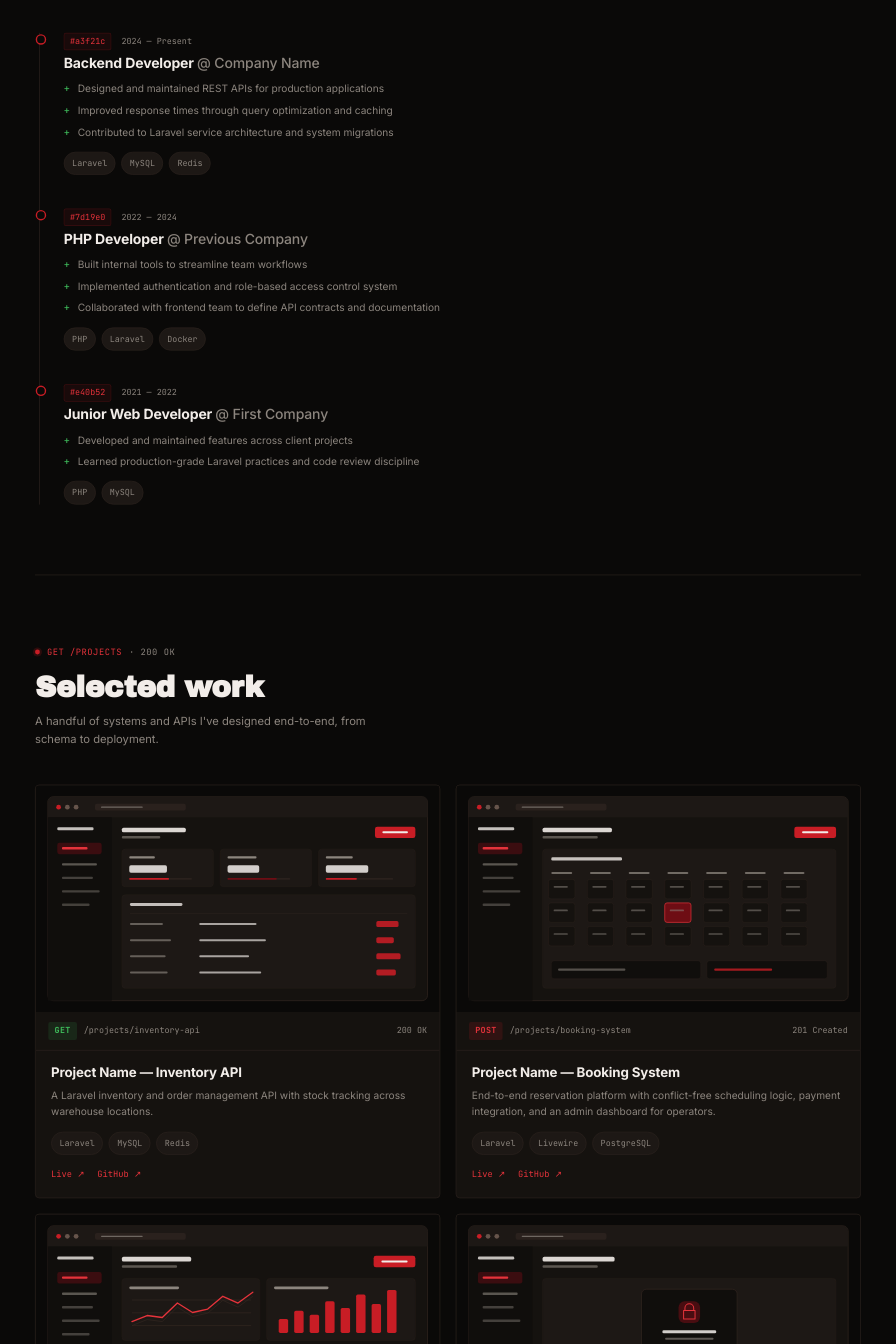
Repository: sayedelshazly/Portfolio.SE
Page: index.html
An editor plug-in stored every save of this project. The page is shown before and after a run of saves, followed by the edit.
The browser window is 1280 px wide. The pictures show the part of the page from y = 2437 to 4357 px (the page is 5736 px tall before and 5265 px after), at 70% of full size.

Above is the page before, as saved 2026-10-13 01:53:29.

### index.html
<!DOCTYPE html>
<html lang="en">

<head>
  <meta charset="UTF-8">
  <meta name="viewport" content="width=device-width, initial-scale=1.0, viewport-fit=cover">
  <meta name="color-scheme" content="dark light">
  <title>Sayed Elshazly — Backend Engineer</title>
  <script>
    (() => {
      const systemPrefersLight = window.matchMedia('(prefers-color-scheme: light)').matches;
      try {
        const savedTheme = localStorage.getItem('portfolio-theme');
        document.documentElement.dataset.theme = savedTheme === 'light' || savedTheme === 'dark' ?
          savedTheme :
          (systemPrefersLight ? 'light' : 'dark');
      } catch {
        document.documentElement.dataset.theme = systemPrefersLight ? 'light' : 'dark';
      }
    })();
    document.documentElement.classList.add('is-loading');
    window.__pageLoadStartedAt = performance.now();
  </script>
  <link rel="preconnect" href="https://fonts.googleapis.com">
  <link rel="preconnect" href="https://fonts.gstatic.com" crossorigin>
  <link
    href="https://fonts.googleapis.com/css2?family=Archivo+Black&family=JetBrains+Mono:wght@400;500;600;700&family=Inter:wght@400;500;600;700;800&display=swap"
    rel="stylesheet">
  <link rel="stylesheet" href="style.css">
</head>

<body>

  <div class="preloader" id="preloader" role="status" aria-live="polite" aria-label="Loading website">
    <div class="loader-content">
      <span class="loader-mark"><span>&lt;</span>SE<span>/&gt;</span></span>
      <span class="loader-spinner" aria-hidden="true"></span>
      <span class="loader-text">Preparing your experience</span>
      <span class="loader-progress" aria-hidden="true"><span></span></span>
    </div>
  </div>

  <header>
    <div class="reading-progress" aria-hidden="true"><span id="readingProgress"></span></div>
    <nav>
      <a class="logo" href="#top" aria-label="Sayed Elshazly, back to top"><span
          class="br">&lt;</span>SayedElshazly<span class="br">/&gt;</span></a>
      <button class="nav-toggle" type="button" aria-expanded="false" aria-controls="site-navigation"
        aria-label="Open navigation">
        <span></span><span></span>
      </button>
      <ul class="nav-links" id="site-navigation">
        <li><a href="#about">about</a></li>
        <li><a href="#skills">skills</a></li>
        <li><a href="#experience">experience</a></li>
        <li><a href="#projects">projects</a></li>
        <li><a href="#contact">contact</a></li>
        <li><a href="./blog.html" target="_self">Blog</a></li>
        <li class="nav-close-item"><button class="nav-close" type="button">Close menu</button></li>
      </ul>
      <div class="status-pill"><span class="dot"></span><span class="label">available for work</span></div>
      <button class="theme-toggle" id="themeToggle" type="button" aria-label="Switch to light mode"
        title="Switch to light mode">
        <svg class="theme-icon-sun" viewBox="0 0 24 24" aria-hidden="true" focusable="false">
          <circle cx="12" cy="12" r="4"></circle>
          <path
            d="M12 2v2m0 16v2M4.93 4.93l1.42 1.42m11.3 11.3 1.42 1.42M2 12h2m16 0h2M4.93 19.07l1.42-1.42m11.3-11.3 1.42-1.42">
          </path>
        </svg>
        <svg class="theme-icon-moon" viewBox="0 0 24 24" aria-hidden="true" focusable="false">
          <path d="M20.2 15.1A8.5 8.5 0 0 1 8.9 3.8 8.6 8.6 0 1 0 20.2 15.1Z"></path>
        </svg>
      </button>
    </nav>
  </header>

  <main>

    <!-- ================= HERO ================= -->
    <section class="hero wrap" id="top">
      <div class="hero-intro">
        <h1>Sayed Abdo Elshazly<span class="accent">.</span></h1>
        <div class="eyebrow">GET /developer <span class="status">· HTTP/1.1 200 OK</span></div>
        <div class="role">Backend Engineer <span class="pipe">/</span> PHP &amp; Laravel Specialist</div>
      </div>

      <div class="hero-support">
        <p class="lede">I design and ship reliable server-side systems — clean APIs, solid database
          architecture, and code that holds up in production. Based in Cairo, working with teams
          anywhere.</p>
        <div class="btn-row">
          <a href="#projects" class="btn btn-primary">View Projects →</a>
          <a href="#contact" class="btn btn-ghost">Let's Talk <span aria-hidden="true">↗</span></a>
        </div>
      </div>

      <div class="term-card">
        <div class="term-bar">
          <span class="tdot"></span><span class="tdot"></span><span class="tdot"></span>
          <!-- <span class="tpath">~/portfolio/profile.jpg</span> -->
        </div>
        <div class="term-photo">
          <img src="./portrait2.jpeg" alt="Portrait of Sayed Elshazly, backend engineer">
          <div class="scan"></div>
          <div class="term-json">
            <span class="k">"role"</span>: <span class="s">"Backend Engineer"</span>,<br>
            <span class="k">"stack"</span>: <span class="s">["PHP", "Laravel", "MySQL"]</span>,<br>
            <span class="k">"status"</span>: <span class="s">"available"</span><span class="cursor"></span>
          </div>
        </div>
      </div>

      <div class="stat-row">
        <div class="stat"><b>1+</b><span>Years Experience</span></div>
        <div class="stat"><b>5+</b><span>Projects Shipped</span></div>
        <div class="stat"><b>2+</b><span>APIs Built</span></div>
      </div>
    </section>

    <!-- ================= ABOUT ================= -->
    <section class="about wrap" id="about">
      <div class="eyebrow">GET /about <span class="status">· 200 OK</span></div>
      <div class="about-grid">
        <div>
          <p>I'm a <b>Backend Developer</b> focused on PHP and the Laravel ecosystem. I like
            turning ambiguous requirements into APIs and services that are fast, well-tested,
            and easy for the next developer to reason about.</p>
          <p>My day-to-day covers <b>REST API design</b>, <b>database modeling</b>, authentication
            and authorization systems, background job processing, and integrating third-party
            services. I care about clean architecture as much as working code — SOLID principles,
            repository patterns, and readable commits.</p>
          <p>Outside of client work, I spend time exploring system design, contributing to small
            open-source tools, and refining my own boilerplate for faster project starts.</p>
        </div>
        <ul class="fact-list">
          <li><span>Location</span><span>6th of October, Giza, Egypt</span></li>
          <li><span>Focus</span><span>Backend / API Architecture</span></li>
          <li><span>Availability</span><span>Open to freelance &amp; full-time</span></li>
          <li><span>Languages</span><span>Arabic, English</span></li>
          <li><span>Response time</span><span>&lt; 24h</span></li>
        </ul>
      </div>
    </section>

    <!-- ================= SKILLS ================= -->
    <section class="skills wrap" id="skills">
      <div class="section-head">
        <div class="eyebrow">GET /skills <span class="status">· 200 OK</span></div>
        <h2>What I build with</h2>
        <p>The core stack behind most of the systems I ship — plus the tools that keep them
          maintainable.</p>
      </div>
      <div class="skill-groups">
        <div class="skill-card">
          <h3>Languages &amp; Frameworks</h3>
          <div class="tag-row">
            <span class="tag">PHP</span>
            <span class="tag">Laravel</span>
            <span class="tag">JavaScript</span>
            <span class="tag">Blade</span>
            <span class="tag">Livewire</span>
          </div>
        </div>
        <div class="skill-card">
          <h3>Data &amp; APIs</h3>
          <div class="tag-row">
            <span class="tag">MySQL</span>
            <span class="tag">PostgreSQL</span>
            <span class="tag">Redis</span>
            <span class="tag">REST APIs</span>
            <span class="tag">Eloquent ORM</span>
          </div>
        </div>
        <div class="skill-card">
          <h3>Tools &amp; Practices</h3>
          <div class="tag-row">
            <span class="tag">Git</span>
            <span class="tag">Docker</span>
            <span class="tag">Postman</span>
            <span class="tag">PHPUnit</span>
            <span class="tag">CI / CD</span>
          </div>
        </div>
      </div>
    </section>

    <!-- ================= EXPERIENCE ================= -->
    <section class="experience wrap" id="experience">
      <div class="section-head">
        <div class="eyebrow">GET /experience <span class="status">· 200 OK</span></div>
        <h2>Where I've worked</h2>
      </div>
      <div class="log">
        <div class="log-entry">
          <div class="log-head">
            <span class="log-hash">#a3f21c</span>
            <span class="log-date">2024 — Present</span>
          </div>
          <h3>Backend Developer <span>@ Company Name</span></h3>
          <ul>
            <li>Designed and maintained REST APIs for production applications</li>
            <li>Improved response times through query optimization and caching</li>
            <li>Contributed to Laravel service architecture and system migrations</li>
          </ul>
          <div class="tag-row"><span class="tag">Laravel</span><span class="tag">MySQL</span><span
              class="tag">Redis</span></div>
        </div>
        <div class="log-entry">
          <div class="log-head">
            <span class="log-hash">#7d19e0</span>
            <span class="log-date">2022 — 2024</span>
          </div>
          <h3>PHP Developer <span>@ Previous Company</span></h3>
          <ul>
            <li>Built internal tools to streamline team workflows</li>
            <li>Implemented authentication and role-based access control system</li>
            <li>Collaborated with frontend team to define API contracts and documentation</li>
          </ul>
          <div class="tag-row"><span class="tag">PHP</span><span class="tag">Laravel</span><span
              class="tag">Docker</span></div>
        </div>
        <div class="log-entry">
          <div class="log-head">
            <span class="log-hash">#e40b52</span>
            <span class="log-date">2021 — 2022</span>
          </div>
          <h3>Junior Web Developer <span>@ First Company</span></h3>
          <ul>
            <li>Developed and maintained features across client projects</li>
            <li>Learned production-grade Laravel practices and code review discipline</li>
          </ul>
          <div class="tag-row"><span class="tag">PHP</span><span class="tag">MySQL</span></div>
        </div>
      </div>
    </section>

    <!-- ================= PROJECTS ================= -->
    <section class="projects wrap" id="projects">
      <div class="section-head">
        <div class="eyebrow">GET /projects <span class="status">· 200 OK</span></div>
        <h2>Selected work</h2>
        <p>A handful of systems and APIs I've designed end-to-end, from schema to deployment.</p>
      </div>
      <div class="project-grid">

        <div class="project-card">
          <figure class="project-visual">
            <img src="./assets/inventory-preview.svg" alt="Illustrative inventory dashboard preview" loading="lazy"
              decoding="async">
          </figure>
          <div class="pc-top">
            <span class="method get">GET</span>
            <span class="route">/projects/inventory-api</span>
            <span class="status-code">200 OK</span>
          </div>
          <div class="pc-body">
            <h3>Project Name — Inventory API</h3>
            <p>A Laravel inventory and order management API with stock tracking across warehouse locations.</p>
            <div class="tag-row" style="margin-bottom:18px;">
              <span class="tag">Laravel</span><span class="tag">MySQL</span><span class="tag">Redis</span>
            </div>
            <div class="pc-links">
              <a href="#">Live ↗</a>
              <a href="#">GitHub ↗</a>
            </div>
          </div>
        </div>

        <div class="project-card">
          <figure class="project-visual">
            <img src="./assets/booking-preview.svg" alt="Illustrative booking calendar preview" loading="lazy"
              decoding="async">
          </figure>
          <div class="pc-top">
            <span class="method post">POST</span>
            <span class="route">/projects/booking-system</span>
            <span class="status-code">201 Created</span>
          </div>
          <div class="pc-body">
            <h3>Project Name — Booking System</h3>
            <p>End-to-end reservation platform with conflict-free scheduling logic, payment
              integration, and an admin dashboard for operators.</p>
            <div class="tag-row" style="margin-bottom:18px;">
              <span class="tag">Laravel</span><span class="tag">Livewire</span><span class="tag">PostgreSQL</span>
            </div>
            <div class="pc-links">
              <a href="#">Live ↗</a>
              <a href="#">GitHub ↗</a>
            </div>
          </div>
        </div>

        <div class="project-card">
          <figure class="project-visual">
            <img src="./assets/analytics-preview.svg" alt="Illustrative analytics dashboard preview" loading="lazy"
              decoding="async">
          </figure>
          <div class="pc-top">
            <span class="method get">GET</span>
            <span class="route">/projects/analytics-service</span>
            <span class="status-code">200 OK</span>
          </div>
          <div class="pc-body">
            <h3>Project Name — Analytics Service</h3>
            <p>An internal reporting API that aggregates events with scheduled jobs and exportable CSV/PDF reports.</p>
            <div class="tag-row" style="margin-bottom:18px;">
              <span class="tag">PHP</span><span class="tag">MySQL</span><span class="tag">Queues</span>
            </div>
            <div class="pc-links">
              <a href="#">Live ↗</a>
              <a href="#">GitHub ↗</a>
            </div>
          </div>
        </div>

        <div class="project-card">
          <figure class="project-visual">
            <img src="./assets/auth-preview.svg" alt="Illustrative authentication service preview" loading="lazy"
              decoding="async">
          </figure>
          <div class="pc-top">
            <span class="method put">PUT</span>
            <span class="route">/projects/auth-service</span>
            <span class="status-code">200 OK</span>
          </div>
          <div class="pc-body">
            <h3>Project Name — Auth Microservice</h3>
            <p>Standalone authentication service with JWT, role-based permissions, and
              rate-limited endpoints for secure client applications.</p>
            <div class="tag-row" style="margin-bottom:18px;">
              <span class="tag">Laravel Sanctum</span><span class="tag">Redis</span><span class="tag">Docker</span>
            </div>
            <div class="pc-links">
              <a href="#">Live ↗</a>
              <a href="#">GitHub ↗</a>
            </div>
          </div>
        </div>

      </div>
    </section>

    <!-- ================= CONTACT ================= -->
    <section class="contact wrap" id="contact">
      <div class="eyebrow">POST /contact <span class="status">· awaiting request body</span></div>
      <div class="contact-grid">
        <div class="contact-info">
          <h2 style="font-size:30px;margin-bottom:16px;">Let's build something.</h2>
          <p>Have a backend project, an API that needs shipping, or a team that needs a
            Laravel developer? Send a message — I read everything myself.</p>
          <ul class="contact-channels">
            <li><span>Email</span><a href="mailto:you@example.com">you@example.com</a></li>
            <li><span>GitHub</span><a href="#">github.com/yourname</a></li>
            <li><span>LinkedIn</span><a href="#">linkedin.com/in/yourname</a></li>
            <li><span>Phone</span><a href="#">+20 1xx xxx xxxx</a></li>
          </ul>
        </div>
        <div>
          <form id="contactForm">
            <div>
              <label for="fname">Name</label>
              <input type="text" id="fname" name="name" placeholder="Your name" required>
            </div>
            <div>
              <label for="femail">Email</label>
              <input type="email" id="femail" name="email" placeholder="you@example.com" required>
            </div>
            <div>
              <label for="fmsg">Message</label>
              <textarea id="fmsg" name="message" placeholder="Tell me about the project..." required></textarea>
            </div>
            <div class="json-preview" id="jsonPreview">{
              <span class="k">"name"</span>: <span class="v">""</span>,
              <span class="k">"email"</span>: <span class="v">""</span>,
              <span class="k">"message"</span>: <span class="v">""</span>
              }</div>
            <button type="submit" class="btn btn-primary"
              style="justify-content:center;border:none;cursor:pointer;">Send Request →</button>
          </form>
        </div>
      </div>
    </section>

  </main>

  <footer>
    <div class="wrap">
      <span>© 2026 SE. All rights reserved.</span>
      <span><a href="#top">↑ back to top</a></span>
    </div>
  </footer>

  <a class="back-to-top" href="#top" aria-label="Back to top">↑</a>

  <script src="main.js"></script>

</body>

</html>

Loaded but not shown: main.js (76 lines, source omitted); style.css (2091 lines, source omitted)

After the next 2 saves:
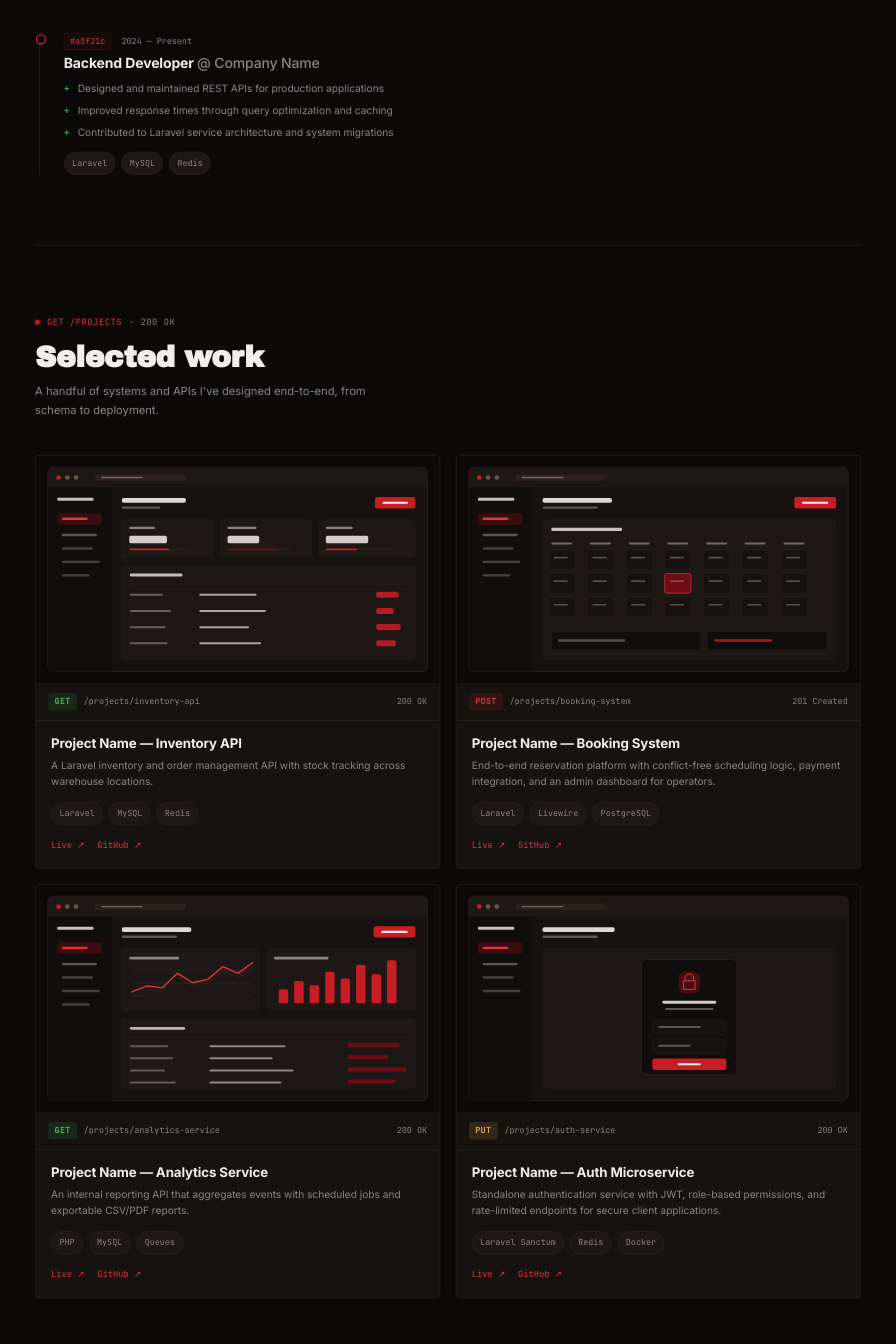
The 2 saves are shown as one change because they came seconds apart.
The last was saved 72 s later.
--- a/index.html
+++ b/index.html
@@ -205,32 +205,6 @@
           <div class="tag-row"><span class="tag">Laravel</span><span class="tag">MySQL</span><span
               class="tag">Redis</span></div>
         </div>
-        <div class="log-entry">
-          <div class="log-head">
-            <span class="log-hash">#7d19e0</span>
-            <span class="log-date">2022 — 2024</span>
-          </div>
-          <h3>PHP Developer <span>@ Previous Company</span></h3>
-          <ul>
-            <li>Built internal tools to streamline team workflows</li>
-            <li>Implemented authentication and role-based access control system</li>
-            <li>Collaborated with frontend team to define API contracts and documentation</li>
-          </ul>
-          <div class="tag-row"><span class="tag">PHP</span><span class="tag">Laravel</span><span
-              class="tag">Docker</span></div>
-        </div>
-        <div class="log-entry">
-          <div class="log-head">
-            <span class="log-hash">#e40b52</span>
-            <span class="log-date">2021 — 2022</span>
-          </div>
-          <h3>Junior Web Developer <span>@ First Company</span></h3>
-          <ul>
-            <li>Developed and maintained features across client projects</li>
-            <li>Learned production-grade Laravel practices and code review discipline</li>
-          </ul>
-          <div class="tag-row"><span class="tag">PHP</span><span class="tag">MySQL</span></div>
-        </div>
       </div>
     </section>
 
